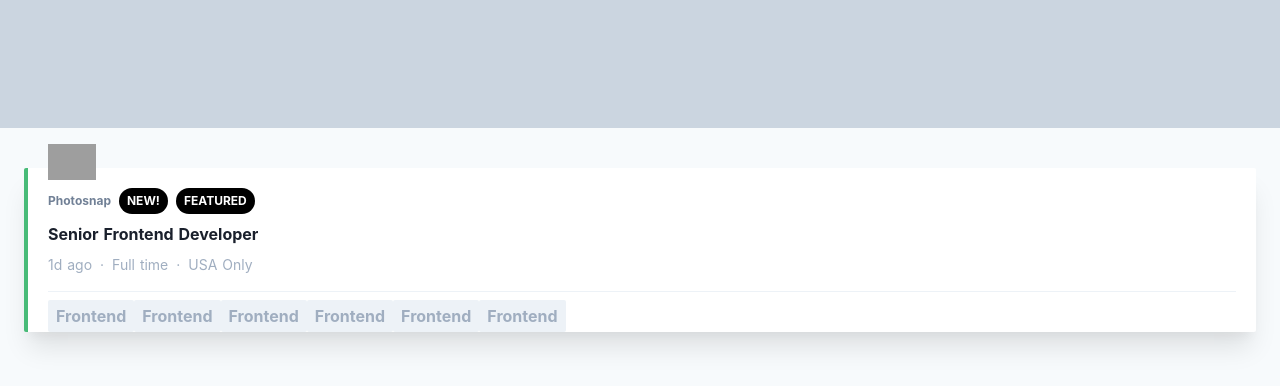
Repository: asongdon/frontendmentor-joblisting
Page: /
An editor plug-in stored every save of this project. The page is shown before and after the next save, followed by the edit.
The browser window is 1280 px wide. The pictures show the whole page.
Pictures or frames that could not be fetched are drawn as grey boxes. The project was rebuilt for these pictures with package versions that can differ from the ones it lists, and the page was loaded fresh each time. The framework's server and built-in components were replaced by stand-ins that run in the browser. Also part of the build but not shown: nuxt.config.js.

Above is the page before, as saved 2020-04-12 20:59:47.

After the next save:
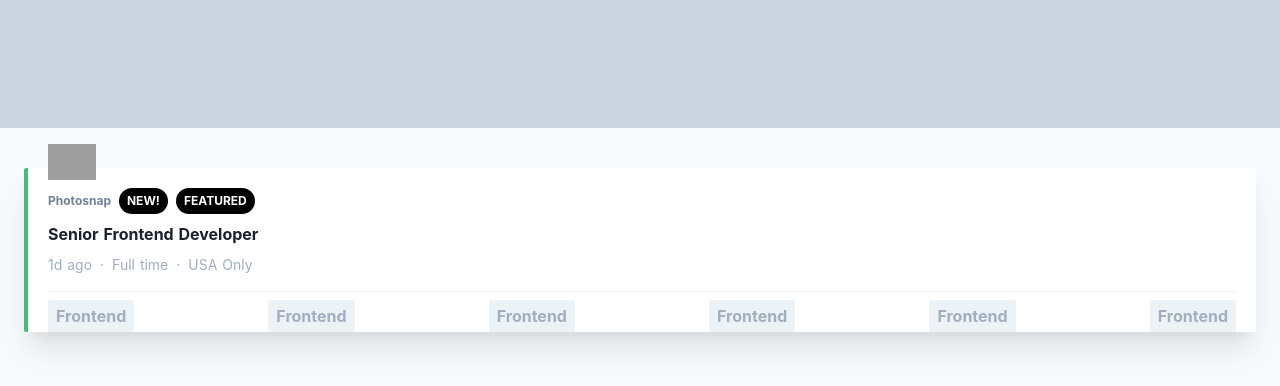
Saved 7 s later.
--- a/components/Maincard.vue
+++ b/components/Maincard.vue
@@ -29,7 +29,7 @@
       <div>USA Only</div>
     </div>
 
-    <div class="mt-2 flex flex-wrap">
+    <div class="mt-2 flex flex-wrap justify-between">
       <div class="px-2 py-1 bg-gray-200 text-gray-500 rounded-sm font-bold">Frontend</div>
       <div class="px-2 py-1 bg-gray-200 text-gray-500 rounded-sm font-bold">Frontend</div>
       <div class="px-2 py-1 bg-gray-200 text-gray-500 rounded-sm font-bold">Frontend</div>

After the save that followed:
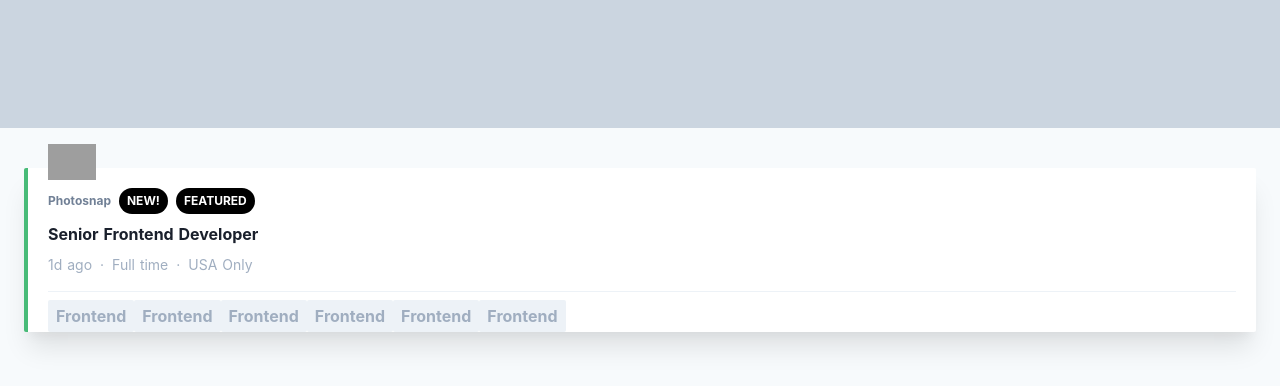
Saved 11 s later.
--- a/components/Maincard.vue
+++ b/components/Maincard.vue
@@ -29,7 +29,7 @@
       <div>USA Only</div>
     </div>
 
-    <div class="mt-2 flex flex-wrap justify-between">
+    <div class="mt-2 flex flex-wrap justify-start">
       <div class="px-2 py-1 bg-gray-200 text-gray-500 rounded-sm font-bold">Frontend</div>
       <div class="px-2 py-1 bg-gray-200 text-gray-500 rounded-sm font-bold">Frontend</div>
       <div class="px-2 py-1 bg-gray-200 text-gray-500 rounded-sm font-bold">Frontend</div>
